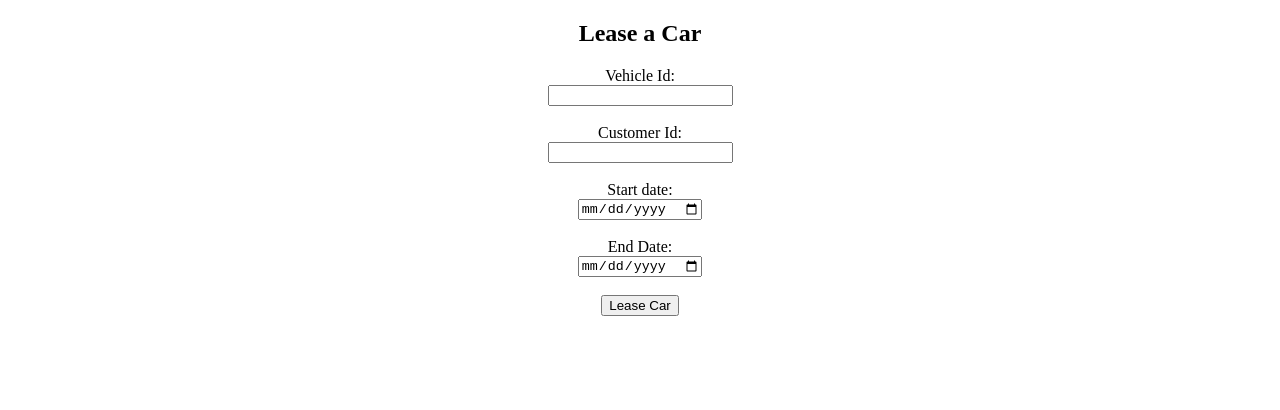
Repository: harsh23012/InfiniteProjects
Page: CarRent/carrent/src/main/webapp/LeaseCar.html
The author's editor kept a copy of each file at every save. The page is drawn from the files as they stood at one save, then again after the next save.
The browser window is 1280 px wide. The pictures show the whole page.

Above is the page before, as saved 2025-05-04 18:15:10.

After the next save:
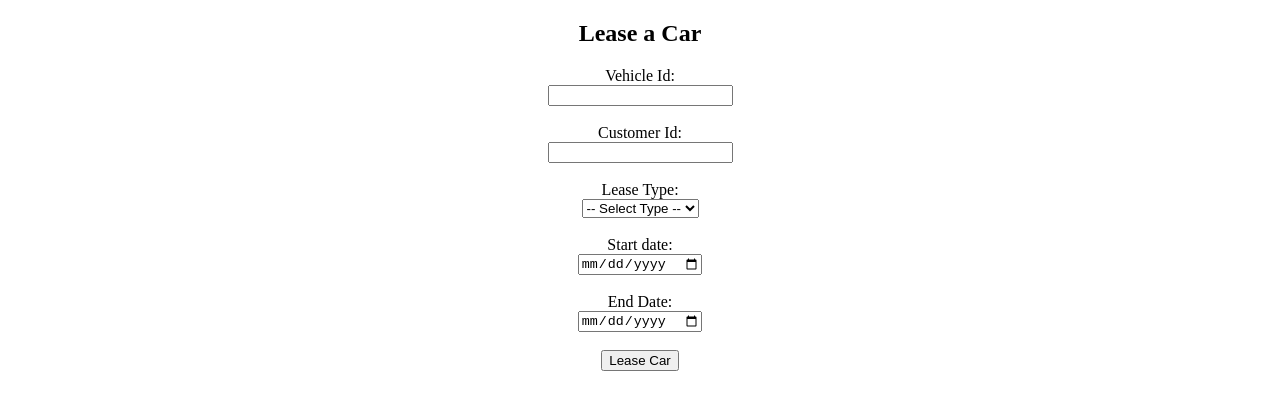
Saved 4 min 27 s later.
--- a/CarRent/carrent/src/main/webapp/LeaseCar.html
+++ b/CarRent/carrent/src/main/webapp/LeaseCar.html
@@ -15,12 +15,20 @@
             Customer Id: <br>
             <input type="number" name="custId" required /><br><br>
 
+            Lease Type: <br>
+            <select name="status" required>
+                <option value="">-- Select Type --</option>
+                <option value="DailyLease">Daily</option>
+                <option value="MonthlyLeasee">Monthly</option>
+            </select><br><br>
+
             Start date: <br>
             <input type="date" name="startDate" required /><br><br>
 
             End Date: <br>
             <input type="date" name="endDate" required /><br><br>
 
+
             <input type="submit" value="Lease Car" />
         </center>
     </form>
